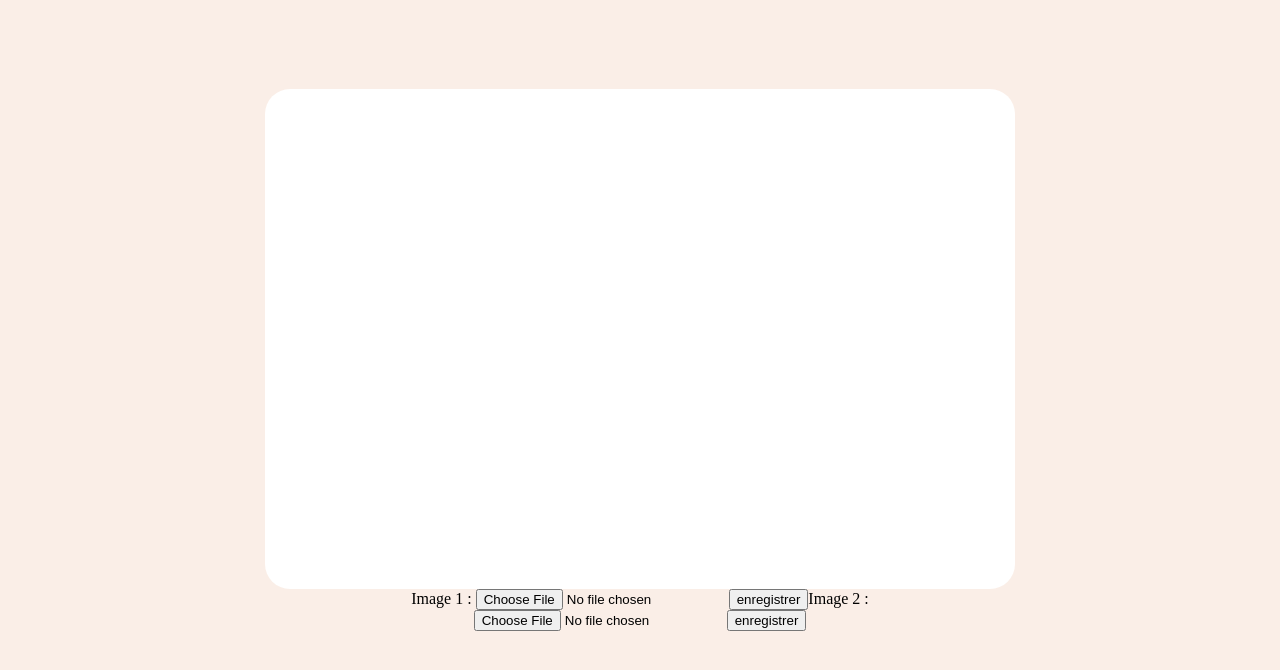
Repository: Lucas-Cassan/img-assembler
Page: / (app in frontend/)
The author's editor kept a copy of each file at every save. The page is drawn from the files as they stood at one save, then again after the next save.
The browser window is 1280 px wide. The pictures show the whole page.
The project was rebuilt for these pictures with package versions that can differ from the ones it lists, and the page was loaded fresh each time.

Above is the page before, as saved 2022-02-02 14:59:44.

### frontend/src/index.js
import React from "react";
import ReactDOM from "react-dom";
import "./styles/index.scss";
import App from "./App";

ReactDOM.render(
  <React.StrictMode>
    <App />
  </React.StrictMode>,
  document.getElementById("root"),
);

### frontend/src/styles/index.scss
html{
    padding: 0;
    margin: 0;

    body{
        padding: 0;
        margin: 0;
        width: 100vw;
        height: 100vh;
        overflow: hidden;
        background-color: #FAEEE7;

        #root{
            width: 100%;
            height: 100%;
            display: flex;
            justify-content: center;
            align-items: center;
            flex-direction: column;

            #image{
                width: 750Px;
                height: 500px;
                background-color: white;
                border-radius: 25px;
            }
            form{

            }
        }

    }
}

### frontend/src/App.js
import React from "react";
import Fusiooooon from "./pages/Fusiooooon";

const App = () => {
  return (
    <>
      <Fusiooooon />
    </>
  );
};

export default App;

### frontend/src/pages/Fusiooooon.js
import React, { useState } from "react";
import axios from "axios";

const Fusiooooon = () => {
  const [file1, setFile1] = useState();
  const [file2, setFile2] = useState();

  const handleSubmit = (e) => {
    e.preventDefault();

    console.log(file1);
    const data = new FormData();
    data.append("file", file1);

    axios({
      method: "post",
      url: `http://localhost:5000/img/merge`,
      data,
    })
      .then((res) => console.log(res))
      .catch((err) => console.log(err));
  };

  const handleSubmit2 = (e) => {
    e.preventDefault();

    console.log(file1);
    const data = new FormData();
    data.append("file", file2);

    axios({
      method: "post",
      url: `http://localhost:5000/img/merge`,
      data,
    })
      .then((res) => console.log(res))
      .catch((err) => console.log(err));
  };

  return (
    <>
      <div id="image"></div>
      <form action="" onSubmit={handleSubmit}>
        <label htmlFor="">Image 1 : </label>
        <input
          type="file"
          name="file"
          id="file"
          accept=".jpg, .jpeg, .png"
          onChange={(e) => setFile1(e.target.files[0])}
        />
        <input type="submit" value="enregistrer" />
        <label htmlFor="">Image 2 : </label>
      </form>
      <form action="" onSubmit={handleSubmit2}>
        <input
          type="file"
          name="file"
          id="file"
          accept=".jpg, .jpeg, .png"
          onChange={(e) => setFile2(e.target.files[0])}
        />
        <input type="submit" value="enregistrer" />
      </form>
    </>
  );
};

export default Fusiooooon;

Loaded but not shown: frontend/public/index.html (common file)

After the next save:
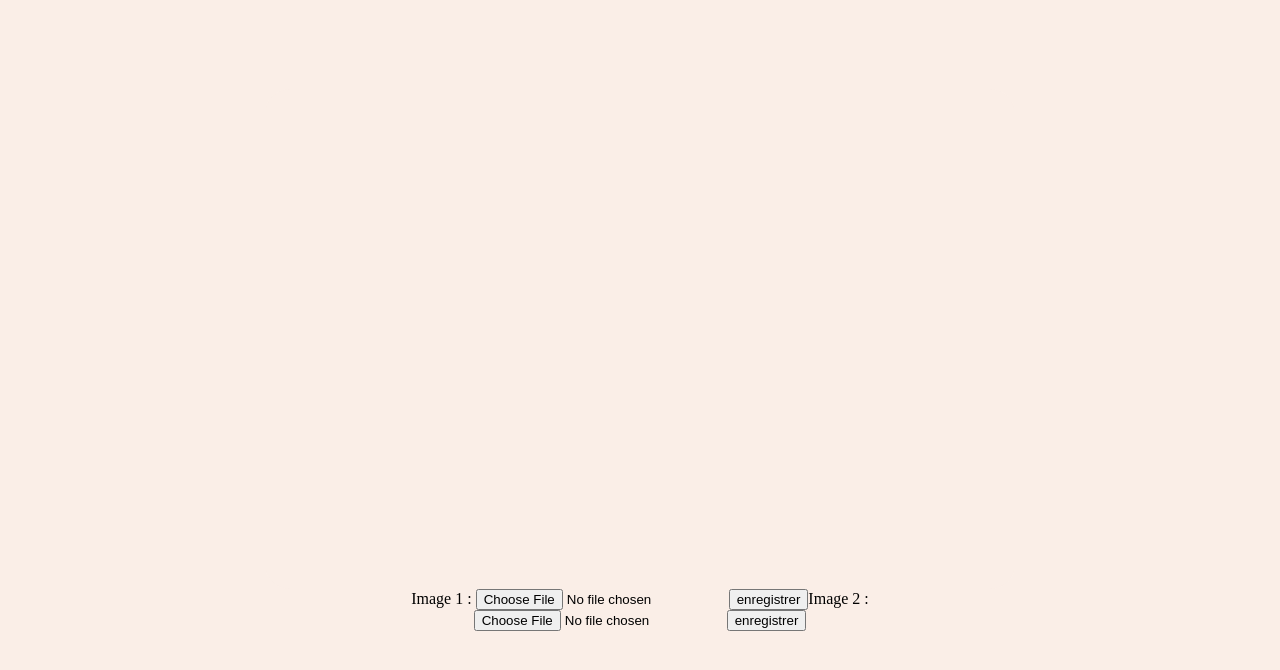
Saved 14 s later.
--- a/frontend/src/styles/index.scss
+++ b/frontend/src/styles/index.scss
@@ -21,7 +21,7 @@ html{
             #image{
                 width: 750Px;
                 height: 500px;
-                background-color: white;
+                background-color: rgba($color: #FAEEE7, $alpha: 1.0);
                 border-radius: 25px;
             }
             form{
